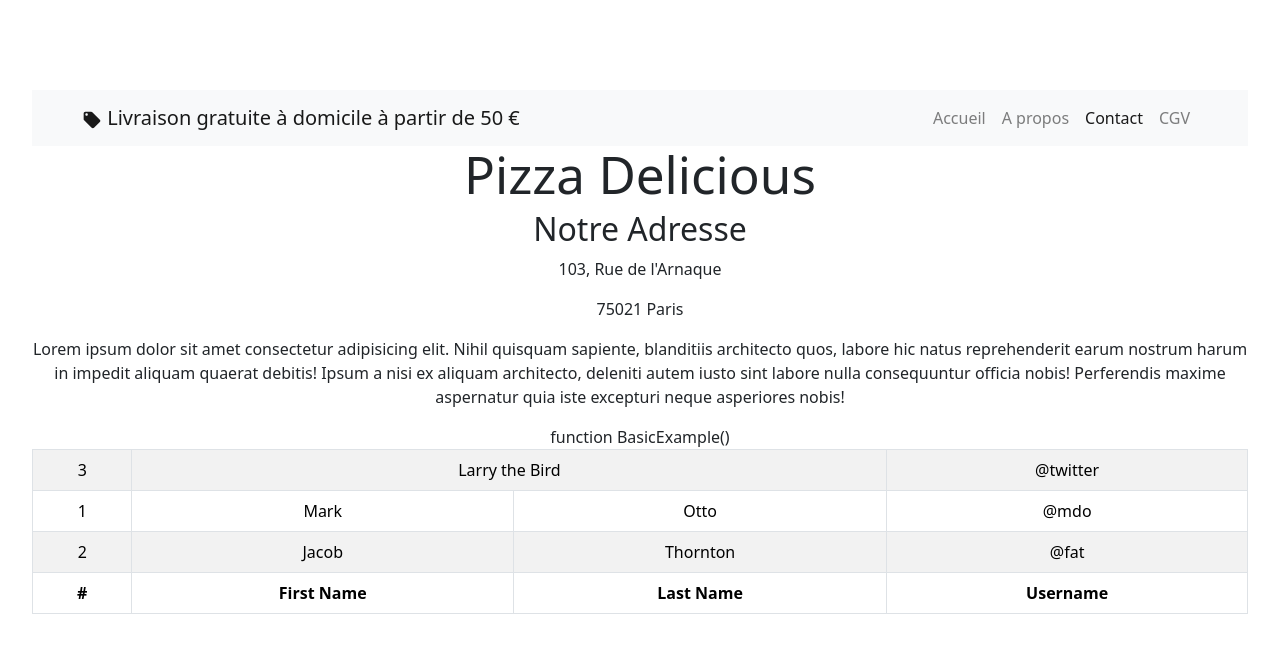
Repository: IchibanDZ/afpadev
Page: /contact (app in Desktop/dev/Pizza/)
An editor plug-in stored every save of this project. The page is shown before and after the next save, followed by the edit.
The browser window is 1280 px wide. The pictures show the whole page.
The project was rebuilt for these pictures with package versions that can differ from the ones it lists, and the page was loaded fresh each time. Also part of the build but not shown: Desktop/dev/Pizza/vite.config.js, Desktop/dev/Pizza/src/components/header/header.css, Desktop/dev/Pizza/src/components/home/home.css, Desktop/dev/Pizza/src/components/about/About.css, Desktop/dev/Pizza/app_pizzeria/pizza-data.js, Desktop/dev/Pizza/src/components/about/About.jsx, Desktop/dev/Pizza/src/components/home/Home.jsx, Desktop/dev/Pizza/src/components/Apropos/Apropos.jsx and 1 more.

Above is the page before, as saved 2024-08-22 11:03:22.

After the next save:
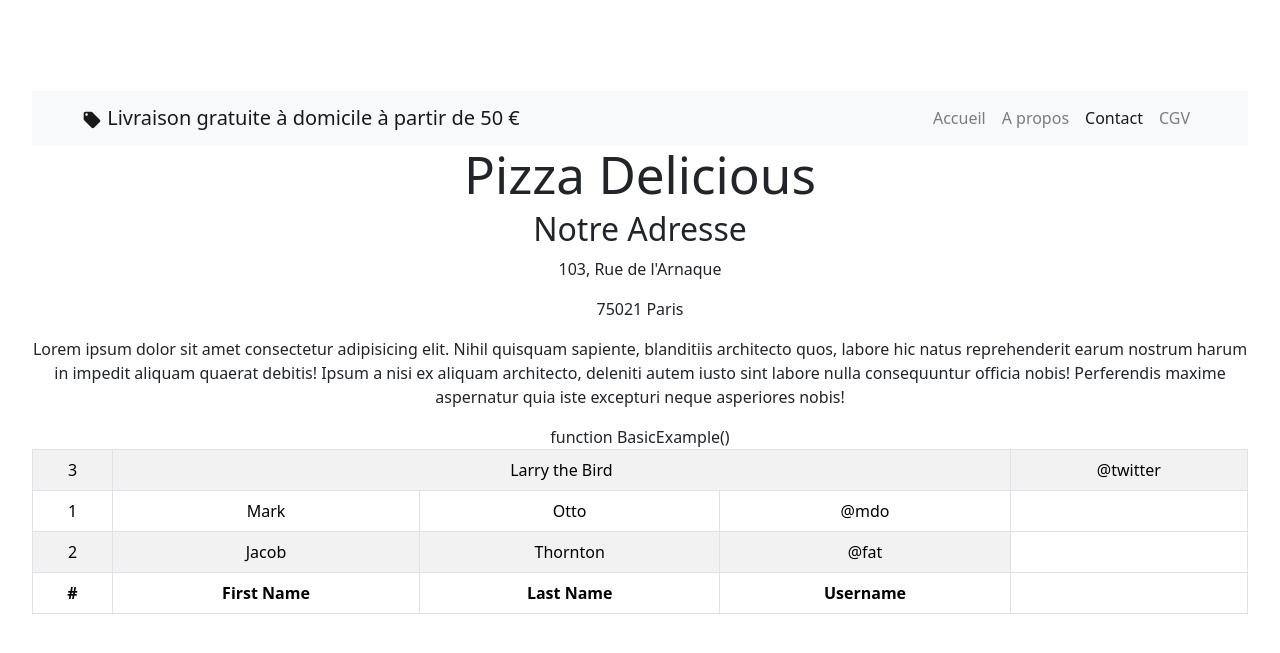
Saved 10 s later.
--- a/Desktop/dev/Pizza/src/components/contact/Contact.jsx
+++ b/Desktop/dev/Pizza/src/components/contact/Contact.jsx
@@ -18,7 +18,9 @@ const Contact = () => {
       <tbody>
       <tr>
           <td>3</td>
-          <td colSpan={2}>Larry the Bird</td>
+          <td colSpan={3
+
+          }>Larry the Bird</td>
           <td>@twitter</td>
         </tr>
         <tr>
